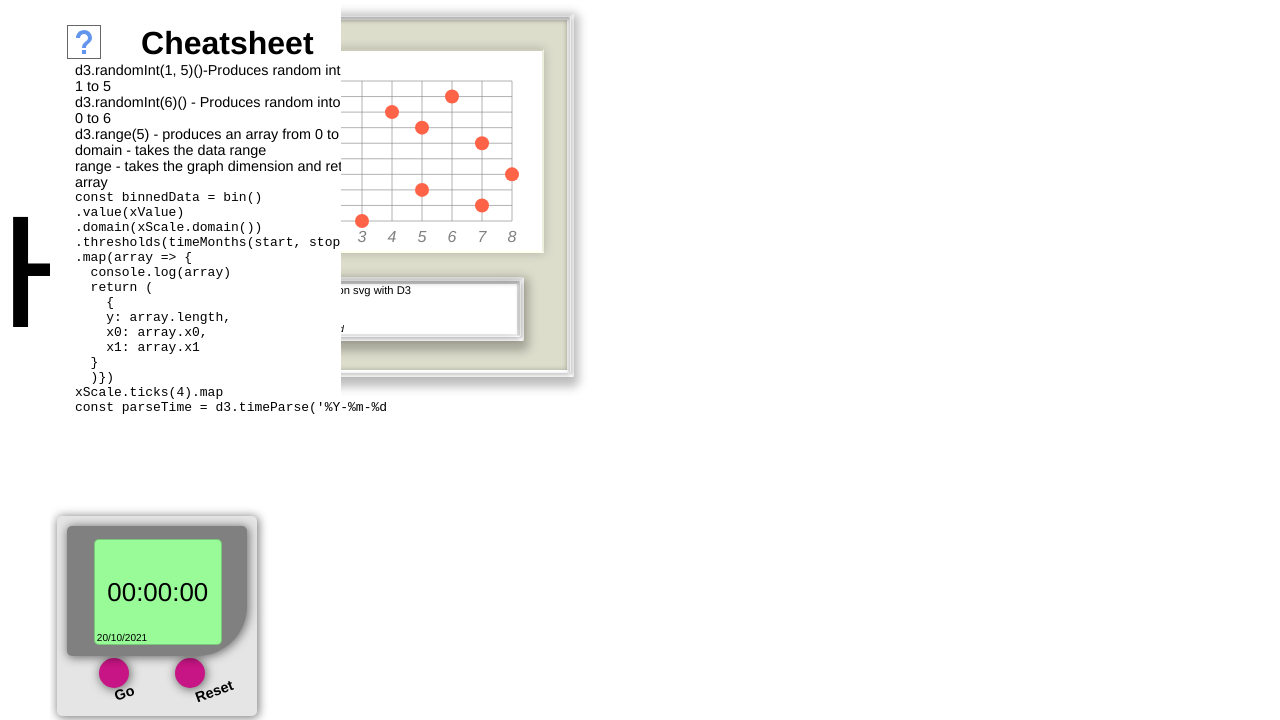
Repository: Lewisjohnward/100-days-of-d3
Page: /
An editor plug-in stored every save of this project. The page is shown before and after the next save, followed by the edit.
The browser window is 1280 px wide. The pictures show the whole page.
The page's requests for data from a server got no answer. An inner scrolling area shows only its first screen. The project was rebuilt for these pictures with package versions that can differ from the ones it lists, and the page was loaded fresh each time. No one was signed in, and anything a server would have sent is missing. Also part of the build but not shown: src/charts/chart2/useGetData.js, src/charts/chart2/styles.js, src/charts/chart2/Chart.js, src/charts/chart3/useGetData.js, src/charts/chart3/styles.js, src/charts/chart3/Chart.js, src/charts/chart4/useGetData.js, src/charts/chart4/styles.js and 4 more.

Above is the page before, as saved 2021-10-20 15:44:26.

### src/App.js
import styled from "styled-components";
import { Chart1, Chart2, Chart3, Chart4, Chart5 } from "./charts/index.js";
import { Hello } from "./components/HelloD3";
import { Navbar } from "./components/Navbar.js";

const BodyContainer = styled.div`
  position: relative;
  z-index: 99;
  display: flex;
  height: ${({ height }) => height}px;
  overflow: hidden;
`;

const ChartGrid = styled.div`
  width: 75%;
  display: grid;
  overflow: scroll;
  grid-template-columns: repeat(3, 400px);
  grid-template-rows: repeat(2, 400px);
  justify-content: center;
  align-items: start;
  align-content: start;
  grid-gap: 0px;
  border-left: 1px solid black;
  padding: 1%;
`;



const height = window.innerHeight;

function App() {
  return (
    <BodyContainer height={height}>
      <Hello />
      <Navbar />
      <ChartGrid>
        <Chart1 />
        <Chart2 />
        <Chart2 />
        <Chart3 />
        <Chart4 />
        <Chart5 />
      </ChartGrid>
    </BodyContainer>
  );
}

export default App;

### src/index.css
*{
    margin: 0;
    padding: 0;
}

body {
    font-family: Helvetica, "Trebuchet MS", Verdana, sans-serif;
}

### src/charts/index.js
export { Test as Chart1} from "./chart1/Chart"
export { Chart as Chart2} from "./chart2/Chart"
export { Chart as Chart3} from "./chart3/Chart"
export { Chart as Chart4} from "./chart4/Chart"
export { Chart as Chart5} from "./chart5/Chart"

### src/components/HelloD3.js
import { useState } from "react";
import styled, { keyframes } from "styled-components";

const letterAnimation = keyframes`
    0% {transform: rotate(0deg);}
    20% {transform: rotate(-45deg);}
    100% {transform: rotate(-45deg);}
`;

const TextContainer = styled.div`
  position: absolute;
  top: 25%;
  display: flex;
  font-size: 10em;

`;

const LetterContainer = styled.div`
  &.fallanimation {
    transition: transform 1s;
    transform: translateY(942px);
  }

  p {
    font-weight: ${({bold}) => bold ? 600: 300};
    &.fallanimation {
      animation: ${letterAnimation} ease-out 1s forwards;
    }
  }
`;

const word = "Hello";
const d3 = "D3"
const d3Array = d3.split("");
const wordArray = word.split("");
const height = window.innerHeight;

export const Hello = () => {
  return (
    <TextContainer>
      {wordArray.map((d) => (
        <Letter letter={d} />
      ))}
      {d3Array.map((d) => (
        <Letter letter={d} bold={true}/>
      ))}
    </TextContainer>
  );
};

const Letter = ({ letter, bold}) => {
  const [visible, setVisible] = useState(true);

  const handleMouseEnter = () => {
    setVisible((prev) => !prev);
  };

  return (
    <LetterContainer className={!visible && "fallanimation"} height={height} bold={bold}>
      <p
        className={!visible && "fallanimation"}
        onMouseEnter={() => handleMouseEnter()}
      >
        {letter}
      </p>
    </LetterContainer>
  );
};

### src/components/Navbar.js
import { useState } from "react";
import styled from "styled-components";
import { TimerComponent as Timer } from "./Timer";
import { IoMdHelp } from "react-icons/io";

const NavContainer = styled.div`
  height: 100%;
  width: 25%;
  overflow: hidden;
  background: white;
  padding: 25px 10px 25px 25px;

  > p {
    font-size: 0.9em;
  }

  &.open{
      transition: all 1s ease-in;
      transform: translateX(50px);
  }
  &.close{
      transition: all 1s ease-in;
      transform: translateX(-100px);
  }
`;

const Title = styled.div`
  font-size: 2em;
  font-weight: 700;
  text-align: center;
`;

const Icon = styled(IoMdHelp)`
    position: absolute;
    left: 5%;
    top: 5;
    font-size: 2em;
    color: cornflowerblue;
    cursor: pointer;
    border: 1px solid rgba(0, 0, 0, 0.6);
`;

const code = `const binnedData = bin()
.value(xValue)
.domain(xScale.domain())
.thresholds(timeMonths(start, stop))(data)
.map(array => {
  console.log(array)
  return (
    {
    y: array.length,
    x0: array.x0,
    x1: array.x1
  }
  )})`;

export const Navbar = () => {
  const [visible, setVisible] = useState(true);
  return (
    <NavContainer className={visible ? 'open' : 'close'}>
      <Icon onClick={() => setVisible(prev => !prev)}/>
      <Title>Cheatsheet</Title>
      <p>d3.randomInt(1, 5)()-Produces random int from 1 to 5</p>
      <p>d3.randomInt(6)() - Produces random into from 0 to 6</p>
      <p>d3.range(5) - produces an array from 0 to value</p>
      <p>domain - takes the data range</p>
      <p>range - takes the graph dimension and returns array</p>
      <pre>
        <code>{code}</code>
      </pre>
      <pre>
        <code>xScale.ticks(4).map</code>
      </pre>
      <pre>
        <code>const parseTime = d3.timeParse('%Y-%m-%d');</code>
      </pre>
      <Timer />
    </NavContainer>
  );
};

### src/charts/chart1/Chart.js
import { useState } from "react";
import { randomInt, range, scaleLinear, max } from "d3";
import {
  Frame,
  Svg,
  ChartContainer,
  Description,
  DescriptionContainer,
  Signature,
} from "./styles";

const data = range(10).map((d) => ({
  a: randomInt(10)(),
  b: d,
}));

const margin = {
  top: 30,
  right: 30,
  bottom: 30,
  left: 30,
};

const height = 200;
const width = 300;

const AxisTickOffset = 7;

const innerHeight = height - margin.top - margin.bottom;
const innerWidth = width - margin.left - margin.right;

export const Chart = () => {
  const xValue = (d) => d.a;
  const yValue = (d) => d.b;

  const xAxisScale = scaleLinear()
    .domain([0, max(data, xValue)])
    .range([0, innerWidth])
    .nice();

  const yAxisScale = scaleLinear()
    .domain([0, max(data, yValue)])
    .range([innerHeight, 0])
    .nice();

  return (
    <Frame>
      <ChartContainer>
        <Svg height={height} width={width}>
          <g transform={`translate(${margin.left}, ${margin.top})`}>
            {xAxisScale.ticks().map((tickValue) => (
              <g transform={`translate(${xAxisScale(tickValue)}, 0)`}>
                <line y2={innerHeight} stroke="black" />
                <text
                  y={innerHeight + 3 * AxisTickOffset}
                  style={{ textAnchor: "middle" }}
                >
                  {tickValue}
                </text>
              </g>
            ))}

            {yAxisScale.ticks().map((tickValue) => (
              <g transform={`translate(0, ${yAxisScale(tickValue)})`}>
                <line x2={innerWidth} stroke="black" />
                <text
                  x={-AxisTickOffset}
                  dy="0.32em"
                  style={{ textAnchor: "end" }}
                >
                  {tickValue}
                </text>
              </g>
            ))}
            {data.map(({ a, b }) => (
              <Mark x={xAxisScale(a)} y={yAxisScale(b)} r={7} />
            ))}
          </g>
        </Svg>

        <Frame small={"true"}>
          <DescriptionContainer>
            <Description>Scatter graph on svg with D3</Description>
            <Signature>09/10/21 - L Ward</Signature>
          </DescriptionContainer>
        </Frame>
      </ChartContainer>
    </Frame>
  );
};

export const Chart1= () => {
  const xValue = (d) => d.a;
  const yValue = (d) => d.b;

  const xAxisScale = scaleLinear()
    .domain([0, max(data, xValue)])
    .range([0, innerWidth])
    .nice();

  const yAxisScale = scaleLinear()
    .domain([0, max(data, yValue)])
    .range([innerHeight, 0])
    .nice();

  return (
        <Svg height={height} width={width}>
          <g transform={`translate(${margin.left}, ${margin.top})`}>
            {xAxisScale.ticks().map((tickValue) => (
              <g transform={`translate(${xAxisScale(tickValue)}, 0)`}>
                <line y2={innerHeight} stroke="black" />
                <text
                  y={innerHeight + 3 * AxisTickOffset}
                  style={{ textAnchor: "middle" }}
                >
                  {tickValue}
                </text>
              </g>
            ))}

            {yAxisScale.ticks().map((tickValue) => (
              <g transform={`translate(0, ${yAxisScale(tickValue)})`}>
                <line x2={innerWidth} stroke="black" />
                <text
                  x={-AxisTickOffset}
                  dy="0.32em"
                  style={{ textAnchor: "end" }}
                >
                  {tickValue}
                </text>
              </g>
            ))}
            {data.map(({ a, b }) => (
              <Mark x={xAxisScale(a)} y={yAxisScale(b)} r={7} />
            ))}
          </g>
        </Svg>
  );
};

const Mark = ({ x, y, r }) => {
  const [tooltipVisible, setToolTipVisible] = useState(false);

  return (
    <>
    <circle
        cx={x}
        cy={y}
        r={r}
        fill={"black"}
        onMouseEnter={() => setToolTipVisible(!tooltipVisible)}
        onMouseLeave={() => setToolTipVisible(!tooltipVisible)}
      />
      {tooltipVisible && <rect x={x + 10} y={y - 25} height={50} width={50} rx={5} />}

    </>
  );
};

export const Test = () => {
  return (
    <Frame>
    <ChartContainer>
      <Chart1 />
    <Frame small={"true"}>
          <DescriptionContainer>
          <Description>Scatter graph on svg with D3</Description>
            <Signature>09/10/21 - L Ward</Signature>
          </DescriptionContainer>
        </Frame>
      </ChartContainer>
    </Frame>
  )


}

### src/components/Timer.js
import { useState, useEffect } from "react";
import styled, { keyframes } from "styled-components";

const Icon = styled.div`
  position: absolute;
  bottom: 7%;
  left: 2%;
  height: 200px;
  width: 200px;
  padding: 0px;
  margin: 0px;

  color: black;
  overflow: hidden;
  background: rgb(229, 229, 229);
  opacity: 1;
  text-shadow: none;
  font-weight: 300;
  font-size: 0.9em;
  box-shadow: 1px 1px 10px 1px rgba(0, 0, 0, 0.5);
  border-radius: 5px;
`;

const Container = styled.div`
  height: 100%;
  width: 100%;
  display: flex;
  flex-direction: column;
  justify-content: center;
  align-items: center;
`;

const Timer = styled.div`
  position: relative;
  background: gray;
  height: 65%;
  width: 90%;
  border-radius: 5px 5px 50px 5px;
  box-shadow: 1px 1px 10px 1px rgba(0, 0, 0, 0.5);
`;

const TimerContainer = styled.div`
  position: absolute;
  top: 10%;
  left: 15%;
  height: 80%;
  width: 70%;
  display: flex;
  justify-content: center;
  align-items: center;

  background: palegreen;
  border-radius: 5px;
  border: 1px solid rgba(0, 0, 0, 0.2);
  font-size: 1.8em;
`;

const ButtonContainer = styled.div`
  height: 25%;
  width: 80%;
  display: flex;

  flex-direction: row;
  justify-content: space-around;
  align-items: center;
`;

const Start_StopContainer = styled.div`
  display: flex;
  align-items: center;
  justify-content: center;
  background: mediumvioletred;
  width: 30px;
  height: 30px;
  border-radius: 100%;
  box-shadow: 1px 1px 10px 1px rgba(0, 0, 0, 0.5);
  font-size: 1.2em;
  font-weight: 800;
  cursor: pointer;

  &:active {
    transition: transform 0.1s box-shadow 0.1s;
    transform: translateY(10%);
  }
`;

const ButtonDiv = styled.div`
  font-weight: 600;

  p {
    transform: translate(50%, -30%) rotate(-20deg);
  }
`;

const DateContainer = styled.div`
  position: absolute;
  top: 58%;
  left: 20%;
  font-size: 0.7em;
  text-decoration: italic;

  .today {
    right: 0%;
  }
`;

export const TimerComponent = ({ grid }) => {
  const [seconds, setSeconds] = useState(0);
  const [active, setActive] = useState(false);

  useEffect(() => {
    const seconds = parseInt(localStorage.getItem("seconds-d3")) || 0;
    const active = localStorage.getItem("state-d3") || false;
    setActive(active);
    setSeconds(seconds);
  }, []);

  useEffect(() => {
    if (active) {
      setTimeout(() => {
        setSeconds((prev) => prev + 1);
      }, 1000);
    }
    localStorage.setItem("seconds-d3", seconds);
    localStorage.setItem("state-d3", active);
  }, [active, seconds]);

  function secondsToTime(e) {
    var h = Math.floor(e / 3600)
        .toString()
        .padStart(2, "0"),
      m = Math.floor((e % 3600) / 60)
        .toString()
        .padStart(2, "0"),
      s = Math.floor(e % 60)
        .toString()
        .padStart(2, "0");

    return h + ":" + m + ":" + s;
    //return `${h}:${m}:${s}`;
  }

  return (
    <Icon className={`icon`}>
      <Container>
        <Timer>
          <TimerContainer>{secondsToTime(seconds)}</TimerContainer>
        </Timer>
        <DateContainer>20/10/2021</DateContainer>

        <ButtonContainer>
          <ButtonDiv>
            <Start_StopContainer
              onClick={() => {
                if (!active) {
                  setActive(true);
                }
              }}
            />
            <p>Go</p>
          </ButtonDiv>
          {active ? (
            <ButtonDiv>
              <Start_StopContainer onClick={() => setActive(false)} />
              <p>Stop</p>
            </ButtonDiv>
          ) : (
            <ButtonDiv>
              <Start_StopContainer onClick={() => setSeconds(0)} />
              <p>Reset</p>
            </ButtonDiv>
          )}
        </ButtonContainer>
      </Container>
    </Icon>
  );
};

### src/charts/chart1/styles.js
import styled from "styled-components";

export const Frame = styled.div`
  height: ${({ small }) => (small ? "50px" : "350px")};
  width: ${({ small }) => (small ? "250px" : "350px")};
  background-color: #ddc;
  border: solid 1vmin #eee;
  border-bottom-color: #fff;
  border-left-color: #eee;
  border-radius: 2px;
  border-right-color: #eee;
  border-top-color: #ddd;
  box-shadow: 0 0 5px 0 rgba(0, 0, 0, 0.25) inset,
    0 5px 10px 5px rgba(0, 0, 0, 0.25);

  position: relative;
  text-align: center;
  &:before {
    border-radius: 2px;
    bottom: -0.4vmin;
    box-shadow: 0 2px 5px 0 rgba(0, 0, 0, 0.25) inset;
    content: "";
    left: -0.4vmin;
    position: absolute;
    right: -0.4vmin;
    top: -0.4vmin;
  }
  &:after {
    border-radius: 2px;
    bottom: -0.5vmin;
    box-shadow: 0 2px 5px 0 rgba(0, 0, 0, 0.25);
    content: "";
    left: -0.5vmin;
    position: absolute;
    right: -0.5vmin;
    top: -0.5vmin;
  }
`;

export const ChartContainer = styled.div`
position: relative;
z-index: 999;
  display: flex;
  flex-direction: column;
  justify-content: space-around;
  align-items: center;
  height: 100%;
  width: 100%;
  padding: 5% 1%;
  box-sizing: border-box;
`;

export const Svg = styled.svg`
  height: ${({ height }) => height}px;
  width: ${({ width }) => width}px;
  background: white;
  box-shadow: 0px 0px 10px 0px rgba(0, 0, 0, 0.2);
  border: solid 2px;
  border-bottom-color: #ffe;
  border-left-color: #eed;
  border-right-color: #eed;
  border-top-color: #ccb;


  line {
    stroke: gray;
    opacity: 0.6;
  }

  circle {
    fill: tomato;
  }

  text {
    font-style: italic;
    fill: gray;
  }

  rect {
    stroke: tomato;
    fill: white;
  }
`;

export const DescriptionContainer = styled.div`
  box-sizing: border-box;
  display: flex;
  flex-direction: column;
  justify-content: space-between;
  width: 100%;
  height: 100%;
  box-shadow: 0px 0px 10px 0px rgba(0, 0, 0, 0.2);
  background: white;
`;

export const Description = styled.p`
  text-align: left;
  font-size: 0.7em;
`;

export const Signature = styled.p`
  text-align: left;
  font-style: italic;
  font-size: 0.6em;
`;

Loaded but not shown: public/index.html (common file); src/index.js (common file)

After the next save:
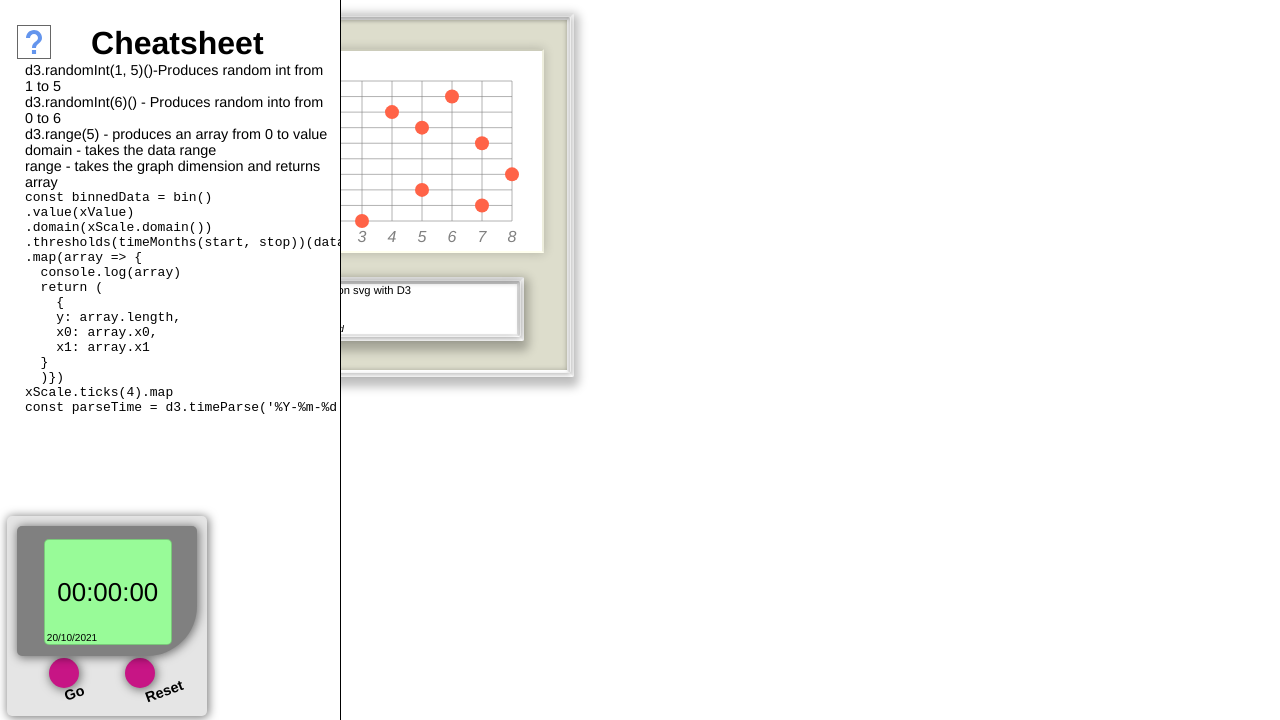
Saved 9 s later.
--- a/src/components/Navbar.js
+++ b/src/components/Navbar.js
@@ -16,7 +16,7 @@ const NavContainer = styled.div`
 
   &.open{
       transition: all 1s ease-in;
-      transform: translateX(50px);
+      transform: translateX(0px);
   }
   &.close{
       transition: all 1s ease-in;
